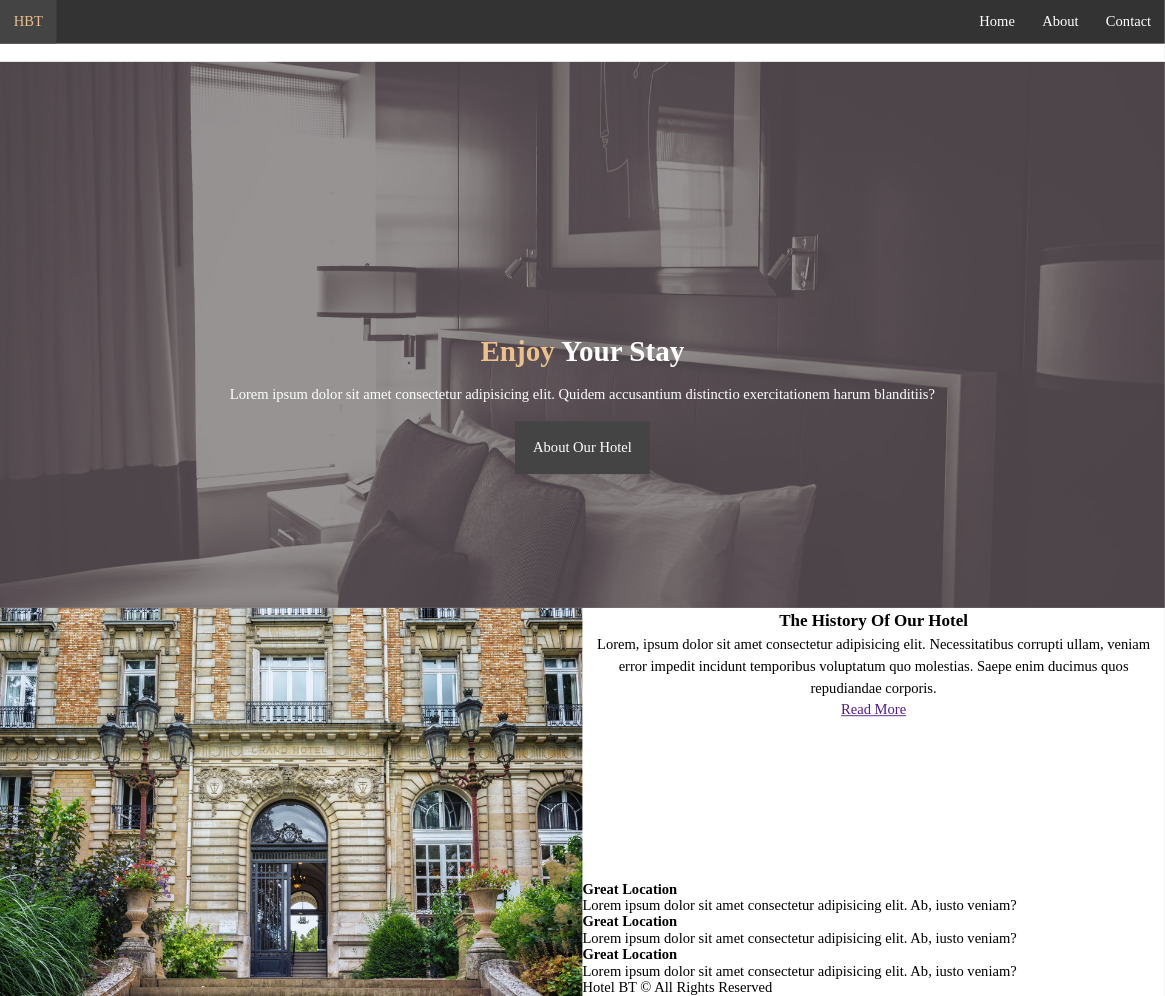
Repository: reemoon-ctrl/hotel-website
Page: 35 - hotel-website/index.html
The author's editor kept a copy of each file at every save. The page is drawn from the files as they stood at one save, then again after a run of saves.
The browser window is 1280 px wide. The pictures show the whole page, at 91% of full size.

Above is the page before, as saved 2024-07-21 12:27:03.

After the next 5 saves:
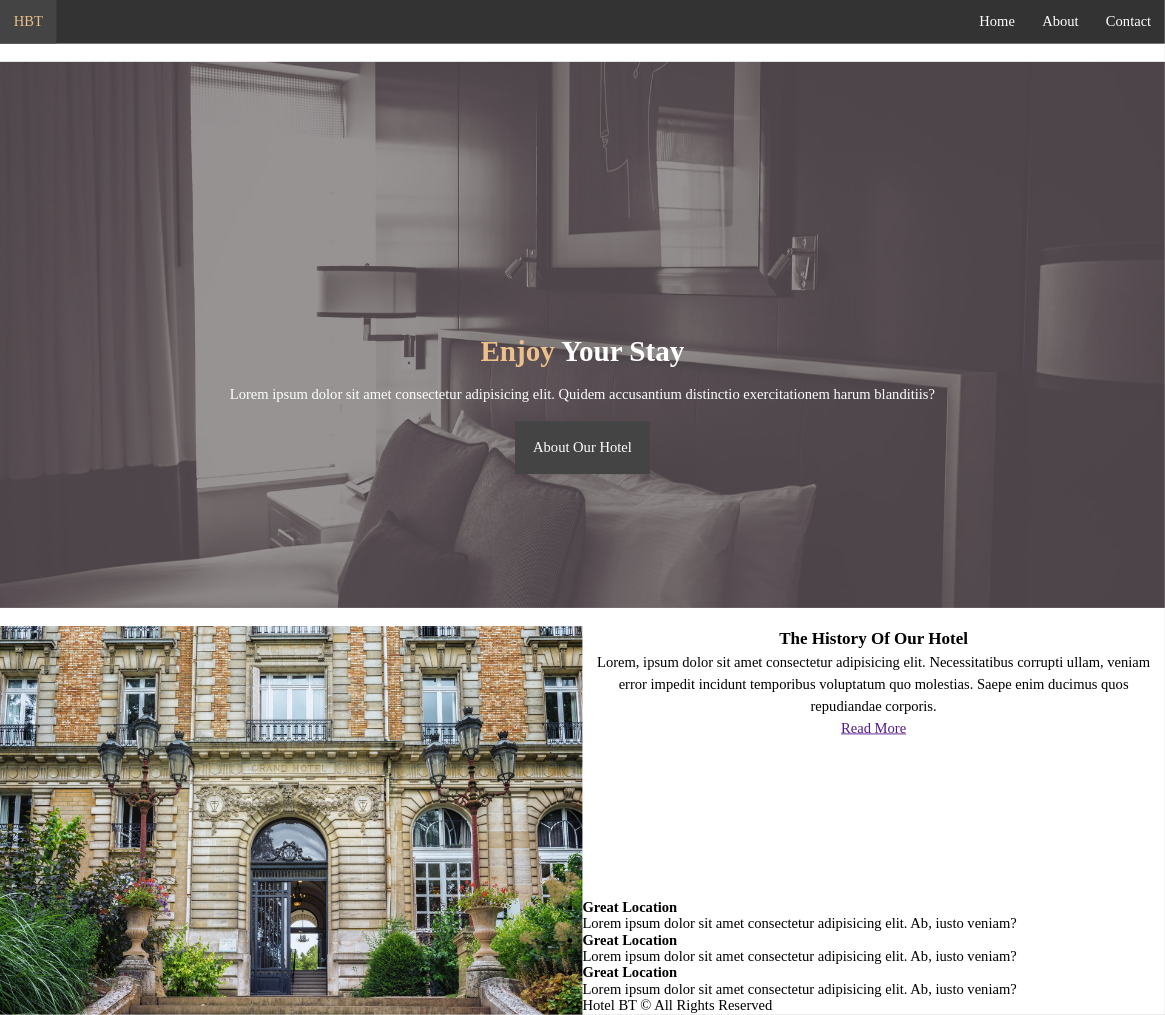
The 5 saves are shown as one change because they came seconds apart.
The last was saved 45 s later.
--- a/35 - hotel-website/index.css
+++ b/35 - hotel-website/index.css
@@ -77,7 +77,7 @@
 .main-content{
     width:100%;
     height:300px;
-    margin: auto;
+    margin-top: 20px;
 
 }
 .hotelimg{

After the 4 saves that followed:
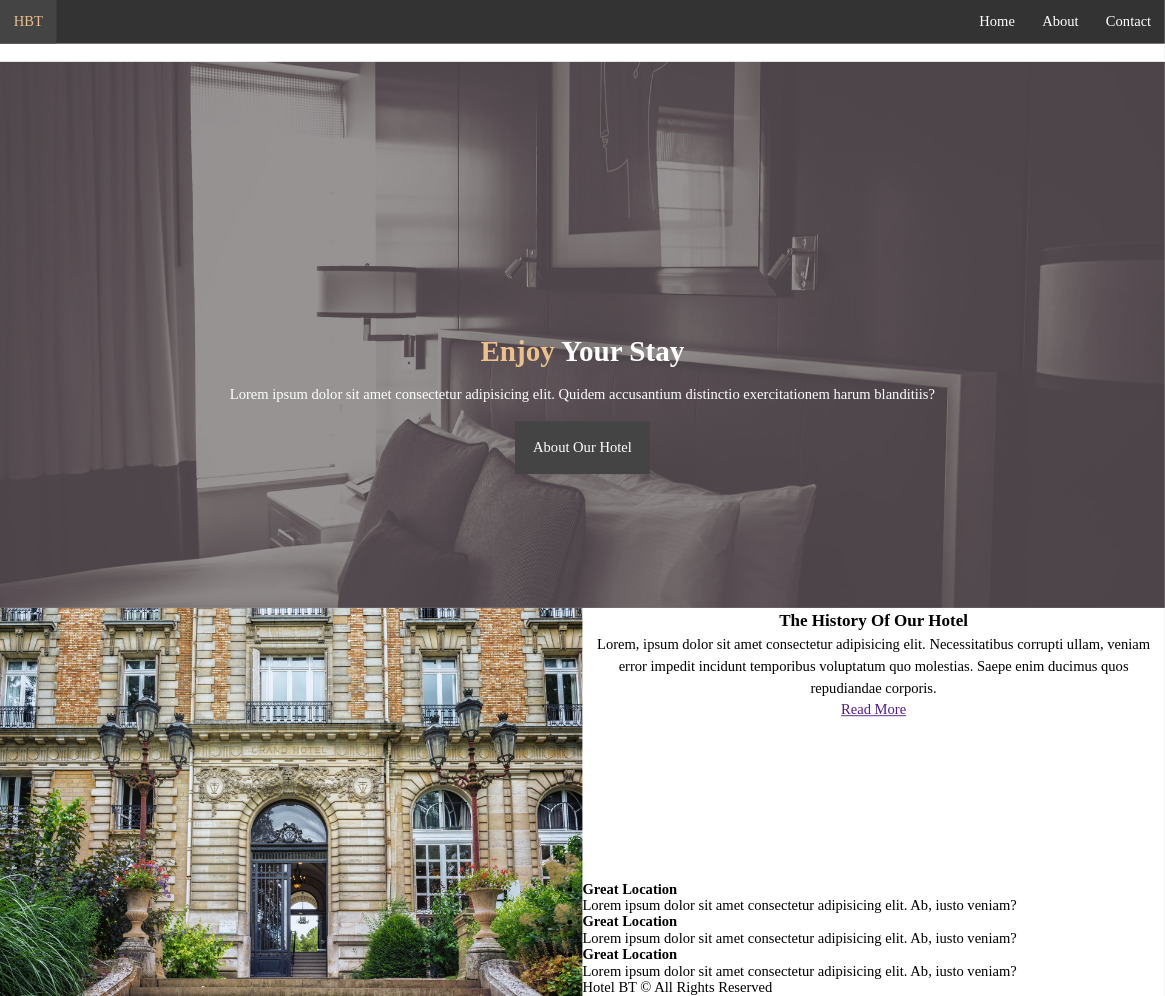
The 4 saves are shown as one change because they came seconds apart.
The last was saved 14 s later.
--- a/35 - hotel-website/index.css
+++ b/35 - hotel-website/index.css
@@ -77,7 +77,7 @@
 .main-content{
     width:100%;
     height:300px;
-    margin-top: 20px;
+
 
 }
 .hotelimg{
